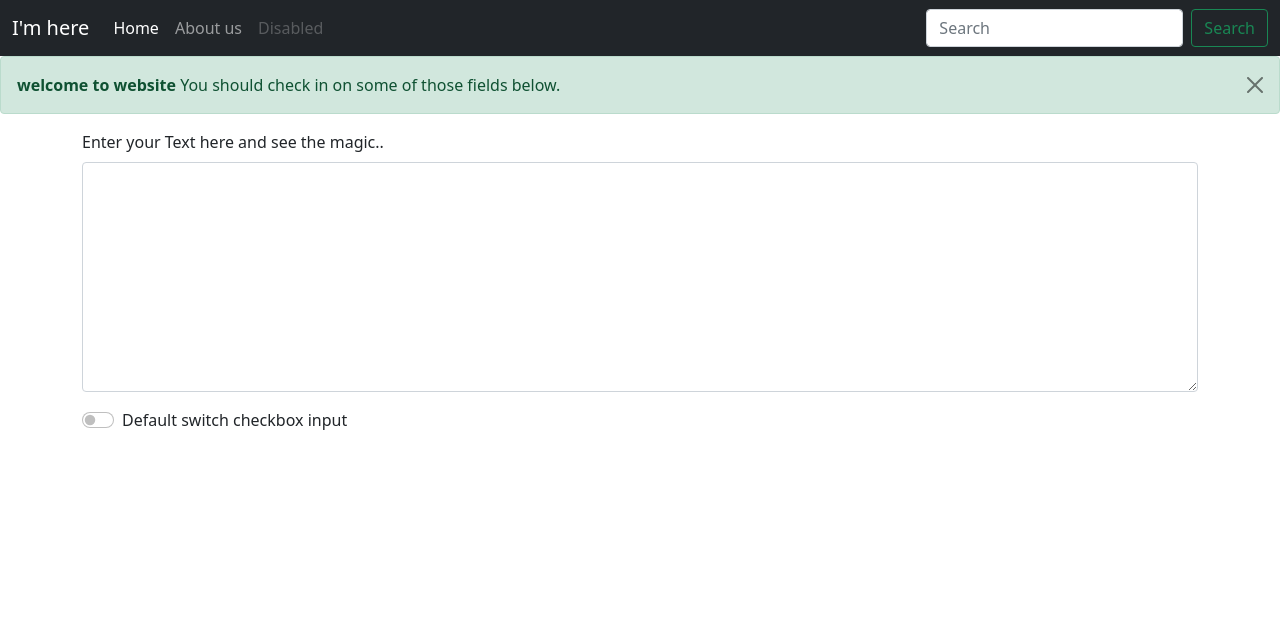
Repository: ritikalohia/Django-beginners-
Page: textutiles/templates/index.html
The author's editor kept a copy of each file at every save. The page is drawn from the files as they stood at one save, then again after the next save.
The browser window is 1280 px wide. The pictures show the whole page.

Above is the page before, as saved 2021-05-22 20:05:48.

### textutiles/templates/index.html
<!doctype html>
<html lang="en">
  <head>
    <!-- Required meta tags -->
    <meta charset="utf-8">
    <meta name="viewport" content="width=device-width, initial-scale=1">

    <!-- Bootstrap CSS -->
    <link href="https://cdn.jsdelivr.net/npm/bootstrap@5.0.1/dist/css/bootstrap.min.css" rel="stylesheet" integrity="sha384-+0n0xVW2eSR5OomGNYDnhzAbDsOXxcvSN1TPprVMTNDbiYZCxYbOOl7+AMvyTG2x" crossorigin="anonymous">

    <title>i'mhere</title>
    </head>
    <body>

    <nav class="navbar navbar-expand-lg navbar-dark bg-dark">
    <div class="container-fluid">
    <button class="navbar-toggler" type="button" data-bs-toggle="collapse" data-bs-target="#navbarTogglerDemo01" aria-controls="navbarTogglerDemo01" aria-expanded="false" aria-label="Toggle navigation">
      <span class="navbar-toggler-icon"></span>
    </button>
    <div class="collapse navbar-collapse" id="navbarTogglerDemo01">
      <a class="navbar-brand" href="#">I'm here</a>
      <ul class="navbar-nav me-auto mb-2 mb-lg-0">
        <li class="nav-item">
          <a class="nav-link active" aria-current="page" href="#">Home</a>
        </li>
        <li class="nav-item">
          <a class="nav-link" href="#">About us</a>
        </li>
        <li class="nav-item">
          <a class="nav-link disabled" href="#" tabindex="-1" aria-disabled="true">Disabled</a>
        </li>
      </ul>
      <form class="d-flex">
        <input class="form-control me-2" type="search" placeholder="Search" aria-label="Search">
        <button class="btn btn-outline-success" type="submit">Search</button>
      </form>
    </div>
    </div>
    </nav>

    <div class="alert alert-success alert-dismissible fade show" role="alert">
        <strong>welcome to website</strong> You should check in on some of those fields below.
        <button type="button" class="btn-close" data-bs-dismiss="alert" aria-label="Close"></button>
    </div>


    <div class="container">
        <div class="mb-3">
        <label for="exampleFormControlTextarea1" class="form-label">Enter your Text here and see the magic..</label>
        <textarea class="form-control" id="exampleFormControlTextarea1" rows="9"></textarea>
        </div>
        <div class="form-check form-switch">
        <input class="form-check-input" type="checkbox" id="flexSwitchCheckDefault">
        <label class="form-check-label" for="flexSwitchCheckDefault">Default switch checkbox input</label>
        </div>


    </div>

    <!-- Optional JavaScript; choose one of the two! -->

    <!-- Option 1: Bootstrap Bundle with Popper -->
    <script src="https://cdn.jsdelivr.net/npm/bootstrap@5.0.1/dist/js/bootstrap.bundle.min.js" integrity="sha384-gtEjrD/SeCtmISkJkNUaaKMoLD0//ElJ19smozuHV6z3Iehds+3Ulb9Bn9Plx0x4" crossorigin="anonymous"></script>

    <!-- Option 2: Separate Popper and Bootstrap JS -->
    <!--
    <script src="https://cdn.jsdelivr.net/npm/@popperjs/core@2.9.2/dist/umd/popper.min.js" integrity="sha384-IQsoLXl5PILFhosVNubq5LC7Qb9DXgDA9i+tQ8Zj3iwWAwPtgFTxbJ8NT4GN1R8p" crossorigin="anonymous"></script>
    <script src="https://cdn.jsdelivr.net/npm/bootstrap@5.0.1/dist/js/bootstrap.min.js" integrity="sha384-Atwg2Pkwv9vp0ygtn1JAojH0nYbwNJLPhwyoVbhoPwBhjQPR5VtM2+xf0Uwh9KtT" crossorigin="anonymous"></script>
    -->
  </body>
</html>

After the next save:
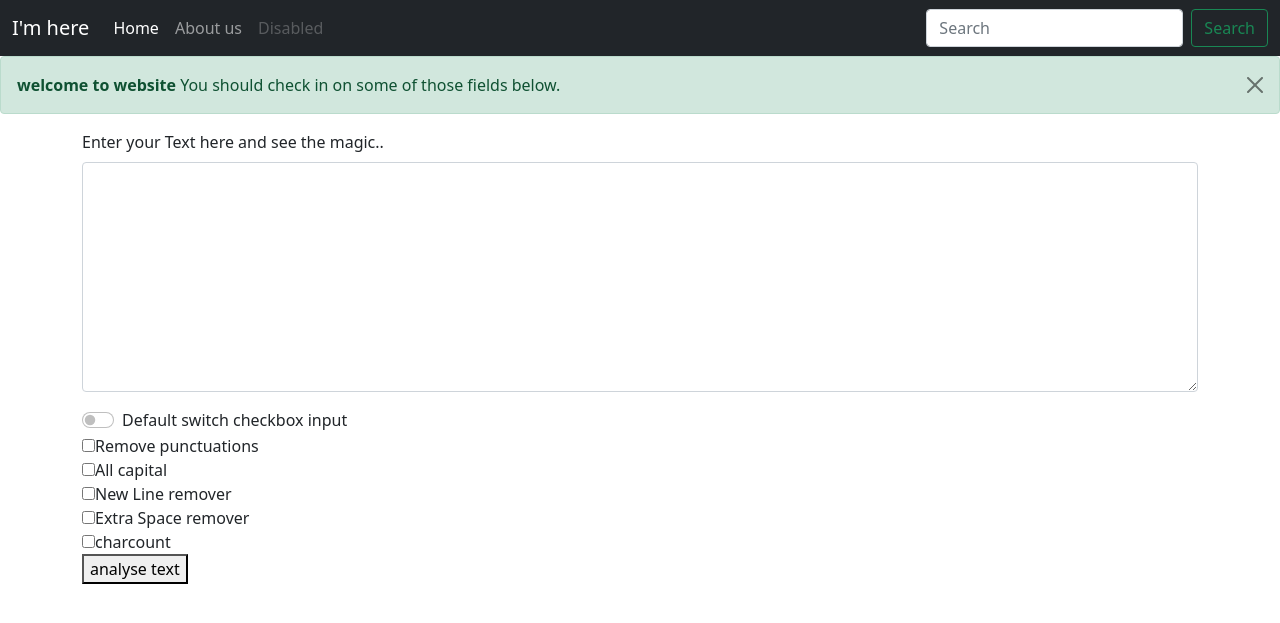
Saved 10 s later.
--- a/textutiles/templates/index.html
+++ b/textutiles/templates/index.html
@@ -54,7 +54,12 @@
         <label class="form-check-label" for="flexSwitchCheckDefault">Default switch checkbox input</label>
         </div>
 
-
+        <input type="checkbox" name="removepunc">Remove punctuations<br>
+        <input type="checkbox" name="fullcaps">All capital<br>
+        <input type="checkbox" name="newlineremover">New Line remover<br>
+        <input type="checkbox" name="spaceremover">Extra Space remover<br>
+        <input type="checkbox" name="charcount">charcount<br>
+        <button type='submit'>analyse text</button>
     </div>
 
     <!-- Optional JavaScript; choose one of the two! -->
